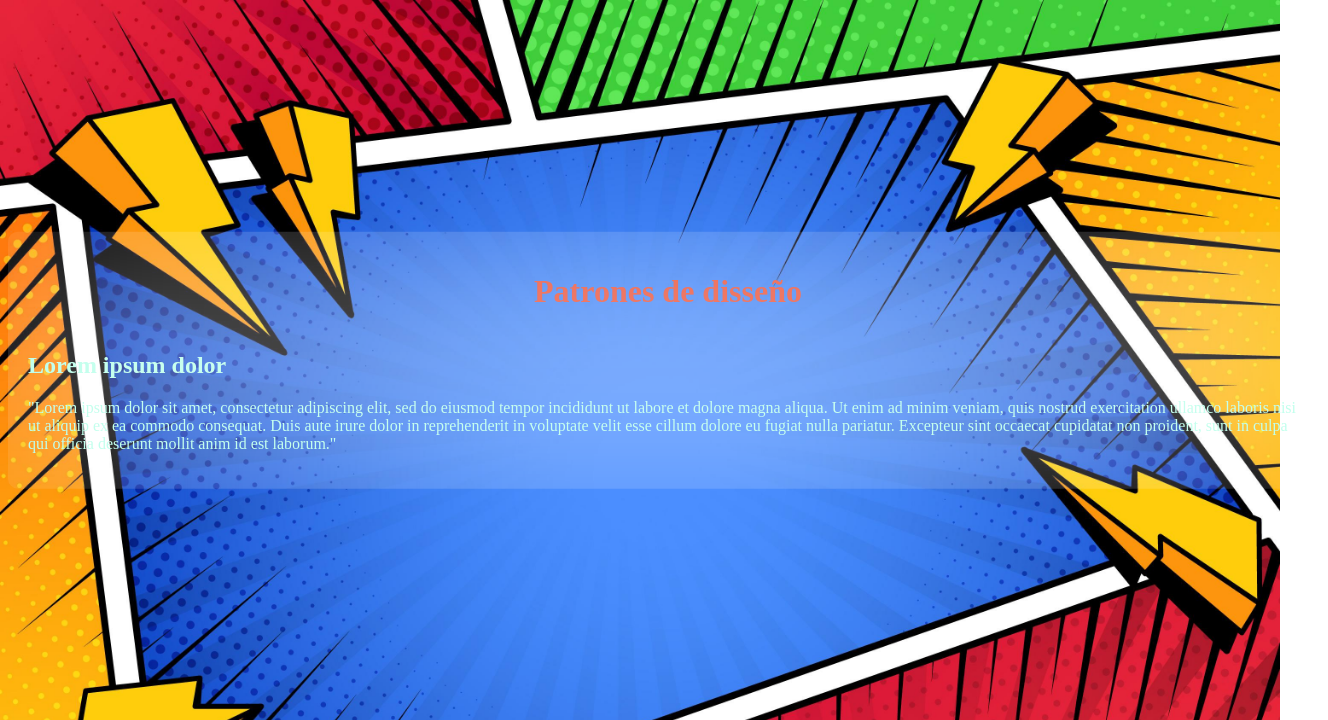
Repository: nrsWebs/design-pattern-es
Page: index.html
An editor plug-in stored every save of this project. The page is shown before and after the next save, followed by the edit.
The browser window is 1280 px wide. The page is 1328 px wide, then 1300 px, so the pictures cover 1328 px, including what lies to the right of the window. The pictures show the whole page.

Above is the page before, as saved 2021-02-06 19:10:46.

### index.html
<!DOCTYPE html>
<html>
<head>
<script src="https://ajax.googleapis.com/ajax/libs/jquery/3.5.1/jquery.min.js"></script>
<link rel="stylesheet" href="source/main.css">
</head>
<body>
    <div class="main-content">

        <div class="box">
            <div class="glass"></div>
            <h1>Patrones de disseño</h1>
            <div class="information">
                <h2>Lorem ipsum dolor</h2>
                <p>"Lorem ipsum dolor sit amet, consectetur adipiscing elit, sed do eiusmod tempor incididunt ut labore et dolore magna aliqua. Ut enim ad minim veniam, quis nostrud exercitation ullamco laboris nisi ut aliquip ex ea commodo consequat. Duis aute irure dolor in reprehenderit in voluptate velit esse cillum dolore eu fugiat nulla pariatur. Excepteur sint occaecat cupidatat non proident, sunt in culpa qui officia deserunt mollit anim id est laborum."</p>
            </div>
        </div>
    </div>
</body>
<footer>
    <a class="hidden-container" href="https://www.freepik.es/vectores/fondo">Vector de Fondo creado por coolvector - www.freepik.es</a>
</footer>
<script>
$(document).ready(function(){

});
</script>
</html>

### source/main.css
:root {
    --main: #141115;
    --secondary:  #E94F37;
    --auxiliar: #B5FFE9;
}
.hidden-container{
    display: none;;
}
body {
    background-image: url('./images/4845746.jpg');
     background-repeat: no-repeat;
    background-attachment: fixed;
    background-size: cover;
    display: flex;
    justify-content: center;
    width: 100%;
    color: var(--auxiliar)
}
.main-content{
    display: block;
    width: 100%;

}
h1{
    text-align: center;
    color: var(--secondary)
}
.box {
    display: flex;
    flex-direction: column;
    justify-content: space-around;
    width: 100%;
    max-width: 1440px;
    padding: 20px;
    position: absolute;
    top: 50%;
    transform: translateY(-50%);
    overflow: hidden;
    border-radius: 10px;
}
/* GLASS EFFECT */
.glass{
    background: inherit;
    width: 100%;
    height: 100%;
}
.glass:before {
    content: '';
    width: 100%;
    height: 100%;
    background: inherit;
    position: absolute;
    left: 0;
    right: 0;
    top: 0;
    bottom: 0;
    box-shadow: inset 0 0 0 200px rgba(255,255,255,0.3);
    filter: blur(90px);
    border-radius: 5px;
}

After the next save:
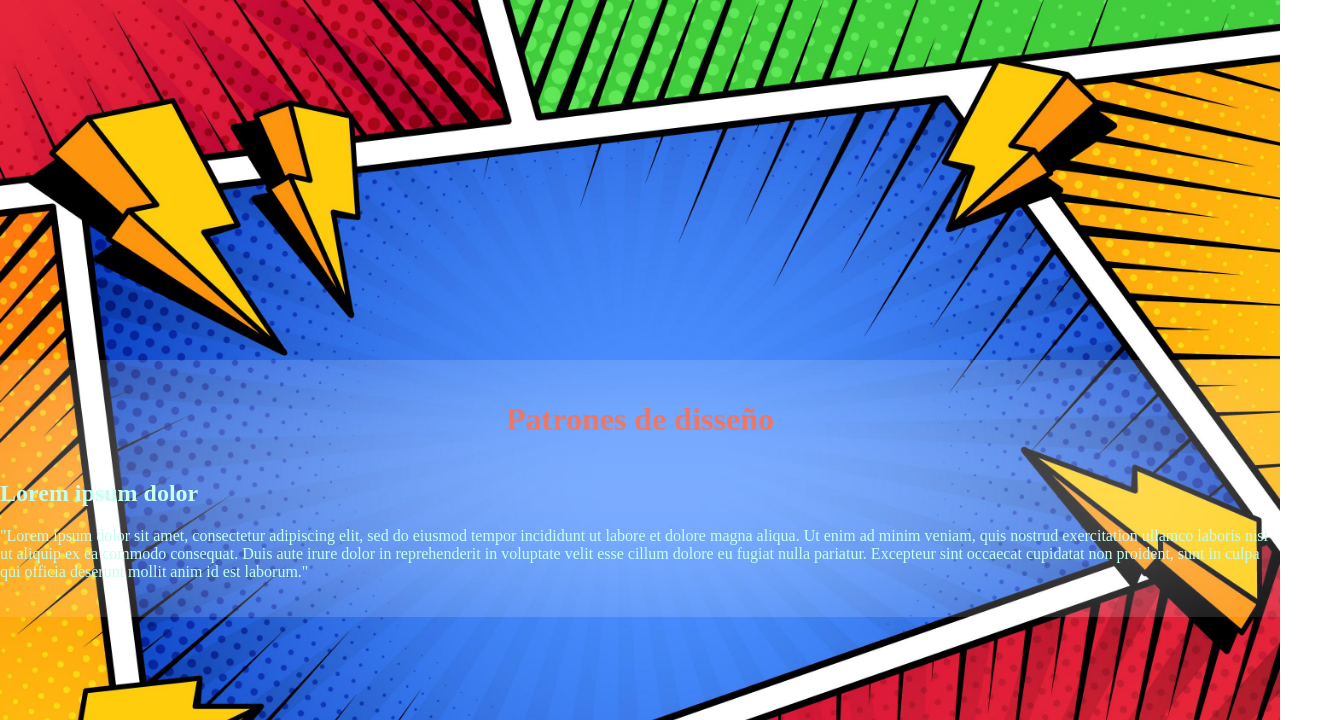
Saved 26 s later.
--- a/source/main.css
+++ b/source/main.css
@@ -34,7 +34,9 @@ h1{
     padding: 20px;
     position: absolute;
     top: 50%;
+    left: 50%;
     transform: translateY(-50%);
+    transform: translateX(-50%);
     overflow: hidden;
     border-radius: 10px;
 }
